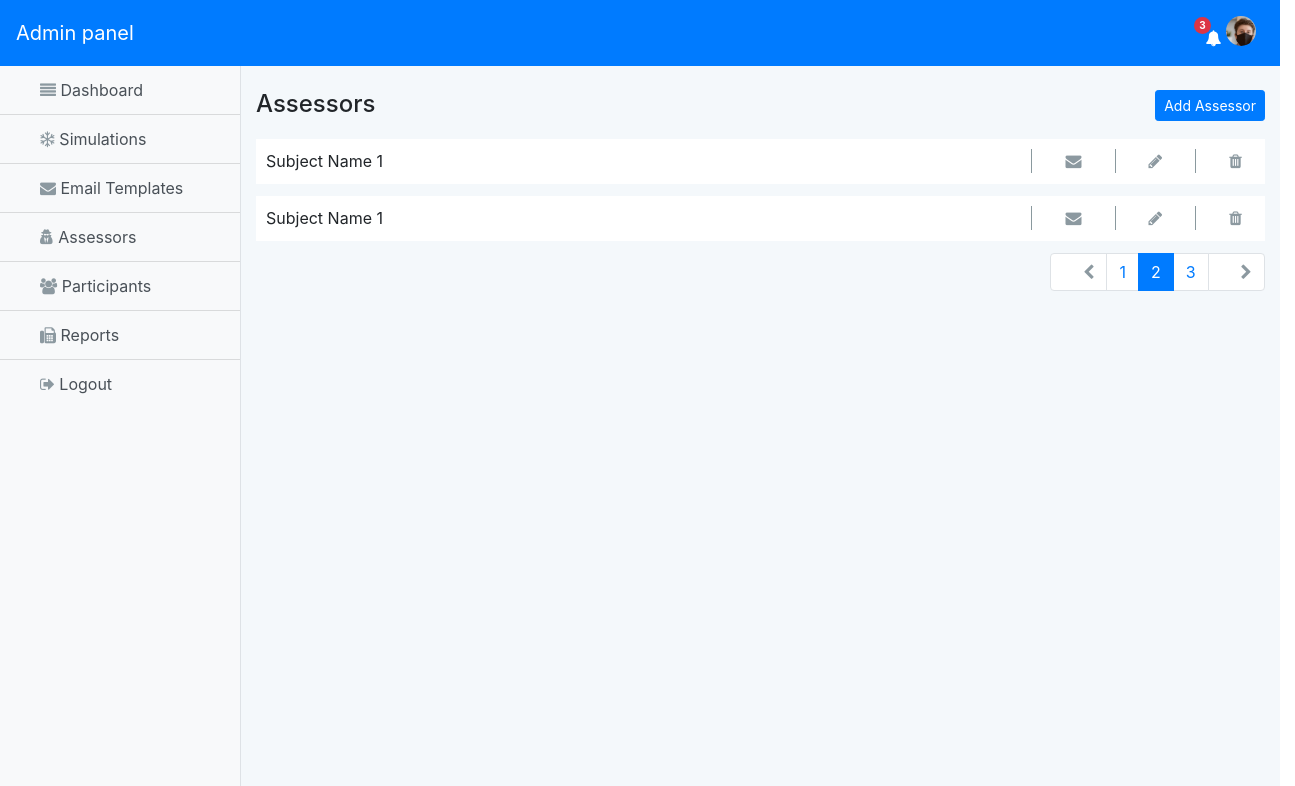
Repository: ejazsidhu/email-simulation-fe
Page: AssessorListing.html
An editor plug-in stored every save of this project. The page is shown before and after the next save, followed by the edit.
The browser window is 1280 px wide. The page is 1295 px wide, so the pictures cover 1295 px, including what lies to the right of the window. The pictures show the whole page.

Above is the page before, as saved 2020-08-25 20:19:13.
Console error: ReferenceError: $ is not defined

After the next save:
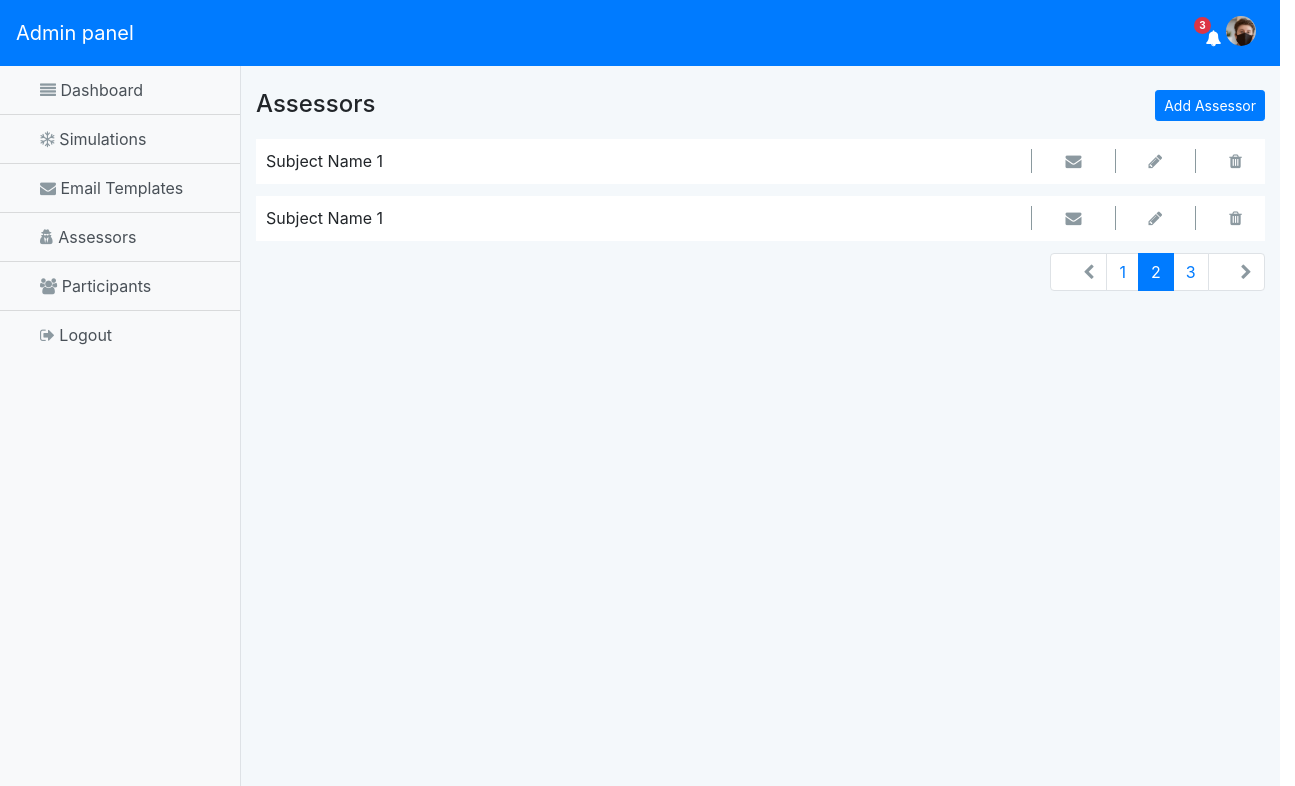
Saved 2 s later.
--- a/AssessorListing.html
+++ b/AssessorListing.html
@@ -144,15 +144,15 @@
         <a href="/emailTemplate.html" class="list-group-item list-group-item-action bg-light">
           <i class="fa fa-envelope" aria-hidden="true"></i>
           Email Templates</a>
-        <a href="#" class="list-group-item list-group-item-action bg-light">
+        <a href="/AssessorListing.html" class="list-group-item list-group-item-action bg-light">
           <i class="fa fa-user-secret" aria-hidden="true"></i>
           Assessors</a>
-        <a href="#" class="list-group-item list-group-item-action bg-light">
+        <a href="/participantListing.html" class="list-group-item list-group-item-action bg-light">
           <i class="fa fa-users" aria-hidden="true"></i>
           Participants</a>
-        <a href="#" class="list-group-item list-group-item-action bg-light">
+        <!-- <a href="#" class="list-group-item list-group-item-action bg-light">
           <i class="fa fa-fax" aria-hidden="true"></i>
-          Reports</a>
+          Reports</a> -->
         <a href="#" class="list-group-item list-group-item-action bg-light">
           <i class="fa fa-sign-out" aria-hidden="true"></i>
           Logout</a>
